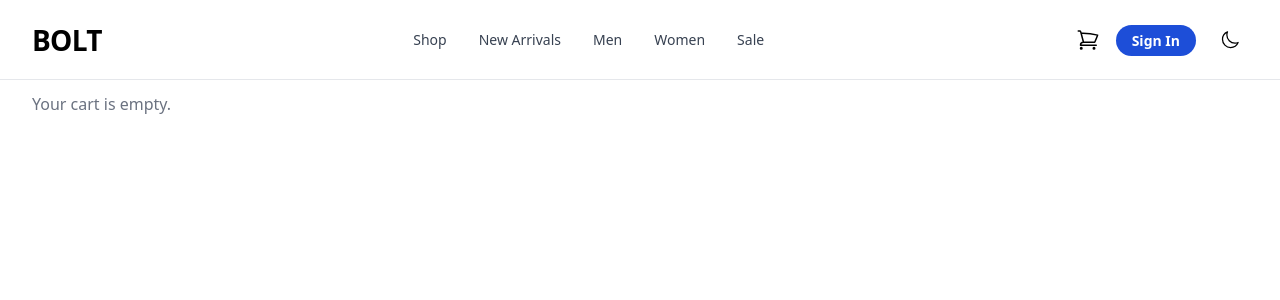
Repository: coder101-js/Ecommer-Store
Page: /Cart
The author's editor kept a copy of each file at every save. The page is drawn from the files as they stood at one save, then again after a run of saves.
The browser window is 1280 px wide. The pictures show the whole page.
The project was rebuilt for these pictures with package versions that can differ from the ones it lists, and the page was loaded fresh each time. The framework's server and built-in components were replaced by stand-ins that run in the browser. Also part of the build but not shown: next.config.mjs.

Above is the page before, as saved 2025-07-19 20:15:17.

After the next 4 saves:
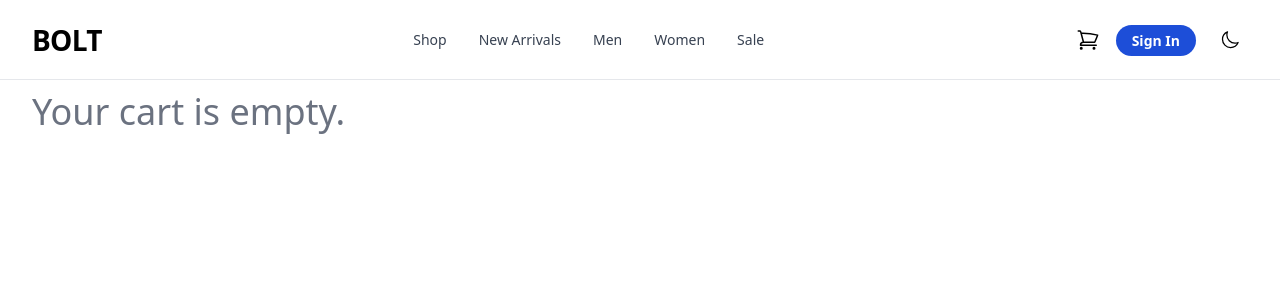
The 4 saves are shown as one change because they came seconds apart.
The last was saved 75 s later.
--- a/app/Cart/page.js
+++ b/app/Cart/page.js
@@ -17,7 +17,7 @@ export default function CartPage() {
       <h1 className="text-3xl font-bold mb-6">Your Cart 🛒</h1>
 
       {cart.length === 0 ? (
-        <p className="text-gray-500">Your cart is empty.</p>
+        <p className="text-gray-500 text-4xl block">Your cart is empty.</p>
       ) : (
         <>
           <div className="space-y-6">
